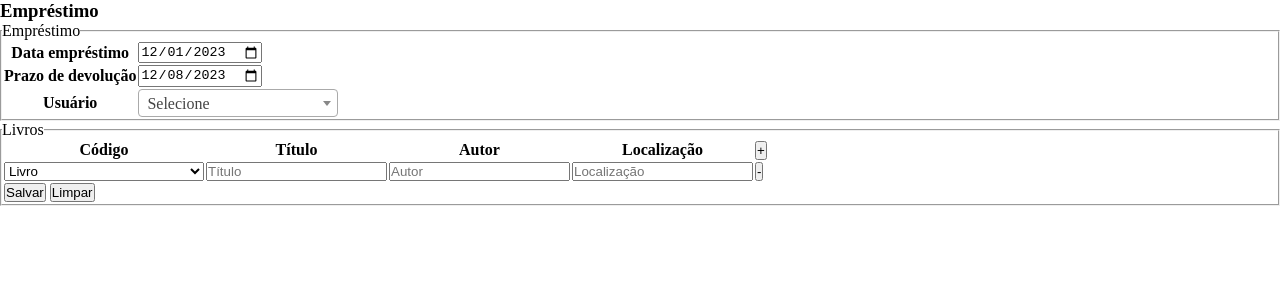
Repository: Matheus-Ghizoni/Rainbow-Library
Page: arcoiris/src/main/webapp/pages/admin/loan.html
The author's editor kept a copy of each file at every save. The page is drawn from the files as they stood at one save, then again after the next save.
The browser window is 1280 px wide. The pictures show the whole page.
The page's requests for data from a server got no answer. Some web libraries are served in a nearby version.

Above is the page before, as saved 2023-12-07 18:18:11.
Console error: ReferenceError: jQuery is not defined

### arcoiris/src/main/webapp/pages/admin/loan.html
<html lang="en">

<head>
	<meta charset="UTF-8">
	<meta name="viewport" content="width=device-width, initial-scale=1.0">
	<link rel="stylesheet" href="../../css/admin.css">
	<link rel="stylesheet" type="text/css" href="../../css/jquery-ui.css">
	<link href="https://cdn.jsdelivr.net/npm/select2@4.1.0-beta.1/dist/css/select2.min.css" rel="stylesheet" />
	<script src="../../js/loan.js"></script>
	<script src="../../js/jquery-ui.js"></script>
	<script src="https://code.jquery.com/jquery-3.6.4.min.js"
		integrity="sha256-oP6HI9z1XaZNBrJURtCoUT5SUnxFr8s3BzRl+cbzUq8=" crossorigin="anonymous"></script>
	<script src="https://cdn.jsdelivr.net/npm/select2@4.1.0-beta.1/dist/js/select2.min.js"></script>
	<title>Loan</title>
</head>

<body>
	<!-- Menu -->
	<!--	<div class="menu">
		<div class="d-flex justify-content-center">
			<img class="menu-img" src="../../imgs/menu.png">
		</div>
	</div>
	<div class="modal-menu">
		<a href="library.html">Biblioteca</a> <br>
		<a href="book.html">Livros</a> <br>
		<a href="category.html">Categorias</a> <br>
		<a href="user.html">Usuários</a> <br>
		<a href="loan.html">Emprestimos</a> <br>
		<a href="comment.html">Comentários</a><br>
		<a href="../../index.html">Sair</a>
	</div>-->

	<!--	Modal Emprestimo  -->
	<!--	<h3>Cadastro de Empréstimos</h3>
	<form class="frmloan">
		<select name="type" class="selectBooks" id="selectBooks" onload="getAllBooks()" style="width: 200px;">
			<option value="">Livro</option>
		</select><br>
		<select name="type" class="selectUsers" id="selectUsers" onload="getAllUsers()" style="width: 200px;">
			<option value="">Usuário</option>
		</select><br>
		<input type="date" placeholder="Data de empréstimo" id="inputStartDateLoan"><br>
		<input type="date" placeholder="Prazo de Devolução" id="inputDeadlineDateLoan"><br>
		<button type="reset">Limpar</button>
		<button onclick="insertLoan()">Salvar</button>
	</form>
	<div id="listLoans"></div>-->

	<!-- Formulário Mestre-Detalhe -->

	<h3>Empréstimo</h3>
	<form name="frmAddLoan" id="addLoan" class="frmAddLoan">
		<fieldset>
			<legend>Empréstimo</legend>
			<table>
				<tr>
					<th>Data empréstimo</th>
					<td>
						<input type="date" placeholder="Data de empréstimo" id="inputStartDateLoan">
					</td>
				</tr>
				<tr>
					<th>Prazo de devolução</th>
					<td>
						<input type="date" placeholder="Prazo de Devolução" id="inputDeadlineDateLoan">
					</td>
				</tr>
				<tr>
					<th>Usuário</th>
					<td>
						<select name="type" class="selectUsers" id="selectUsers" onload="getAllUsers()"
							style="width: 200px;">
							<option value="">Selecione</option>
						</select><br>
					</td>
				</tr>
			</table>
		</fieldset>
		<fieldset>
			<legend>Livros</legend>
			<table>
				<tr>
					<th>Código</th>
					<th>Título</th>
					<th>Autor</th>
					<th>Localização</th>
					<th><button type="button" name="addBook" class="addBook">+</button></th>
				</tr>
				<tr class="details">
					<td>
						<select name="type" class="selectBooks" id="selectBooks" onload="getAllBooks()"
							style="width: 200px;">
							<option value="">Livro</option>
						</select>
					</td>
					<td>
						<input type="text" placeholder="Título" name="inputTitleBook[]" id="selectBooks"
							class="selectBooks" onload="getAllBooks()">
					</td>
					<td>
						<input type="text" placeholder="Autor" name="inputAuthorBook[]" id="inputAuthorBook">
					</td>
					<td>
						<input type="text" placeholder="Localização" name="inputLocationBook[]" id="inputLocationBook">
					</td>
					<td>
						<button type="button" name="deleteBook">-</button>
					</td>
				</tr>
				<tr>
					<td colspan="6">
						<button type="button">Salvar</button>
						<button type="reset">Limpar</button>
					</td>
				</tr>
			</table>
		</fieldset>
	</form>






</body>
<script>
	$(document).ready(function () {
		$('.selectUsers').select2();
		$('.selectBooks').select2();
	});
</script>

</html>

### arcoiris/src/main/webapp/css/admin.css
/* Reset */
* {
	padding: 0;
	margin: 0;
	box-sizing: border-box;
}

/* Menu */
.menu {
	position: absolute;
	top: 30px;
	right: 130px;
}

.menu-img {
	width: 70px;
	height: 70px;
}

/* Menu Modal*/
.modal-menu {
	background: #EDD9FF;
	display: block;
	position: fixed;
	align-items: center;
	text-align: center;
	right: 58px;
}

.modal-menu a {
	color: #C49AE9;
	font-weight: bold;
	margin: 60px;
}

.edit {
	width: 16px;
	height: 16px;
}

### arcoiris/src/main/webapp/js/loan.js
document.addEventListener("DOMContentLoaded", function() {
	getStartDate();
	getDeadlineDate();
	getAllUsers();
	getAllBooks();
});

/*------------------------ Denifinindo Datas ------------------------*/
function getStartDate() {
	let today = new Date();
	let date = today.getFullYear() + '-' +
		(today.getMonth() + 1).toString().padStart(2, '0') + '-' +
		today.getDate().toString().padStart(2, '0');
	document.getElementById('inputStartDateLoan').value = date;
}

function getDeadlineDate() {
	let today = new Date();
	let date = today.getFullYear() + '-' +
		(today.getMonth() + 1).toString().padStart(2, '0') + '-' +
		(today.getDate() + 7).toString().padStart(2, '0');
	document.getElementById('inputDeadlineDateLoan').value = date;
}

/*------------------------ Select Usuários ------------------------*/
function getAllUsers() {
	$.ajax({
		type: "GET",
		url: "/arcoiris/rest/user/getAllUsers",
		success: function(data) {
			dados = JSON.parse(data);
			displayUsers(dados);
		},
		error: function(info) {
			alert("Erro ao buscar usuários: " + info.status + " - " + info.statusText);
		}
	})
}

function displayUsers(listUsers) {
	select = "#selectUsers";
	if (listUsers != "") {
		$(select).html("");
		var option = document.createElement("option");
		option.setAttribute("value", "");
		option.innerHTML = ("Selecione o usuário");
		$(select).append(option);

		for (var i = 0; i < listUsers.length; i++) {
			if (listUsers[i].status == 1) {
				var option = document.createElement("option");
				option.setAttribute("value", listUsers[i].CPF);
				option.innerHTML = (listUsers[i].name);
				$(select).append(option);
			}
		}

	} else {
		$(select).html("");

		var option = document.createElement("option");
		option.setAttribute("value", "");
		option.innerHTML = ("Cadastre um usuário primeiro!");
		$(select).append(option);
		$(select).addClass("aviso");
	}
}

/*------------------------ Select Livros ------------------------*/
function getAllBooks() {
	const title = "";
	$.ajax({
		type: "GET",
		url: "/arcoiris/rest/book/getAllBooks",
		data: "title=" + title,
		success: function(dados) {
			dados = JSON.parse(dados);
			displayBooks(dados);
		},
		error: function(info) {
			alert("Erro ao buscar livros: " + info.status + " - " + info.statusText);
		}
	})
}

function displayBooks(listBooks) {
	select = "#selectBooks";
	if (listBooks != "") {
		$(select).html("");
		var option = document.createElement("option");
		option.setAttribute("value", "");
		option.innerHTML = ("Selecione o livro");
		$(select).append(option);

		for (var i = 0; i < listBooks.length; i++) {
			if (listBooks[i].status == 1) {
				var option = document.createElement("option");
				option.setAttribute("value", listBooks[i].code);
				option.innerHTML = (listBooks[i].title);
				$(select).append(option);
			}
		}

	} else {
		$(select).html("");

		var option = document.createElement("option");
		option.setAttribute("value", "");
		option.innerHTML = ("Cadastre um livro primeiro!");
		$(select).append(option);
		$(select).addClass("aviso");
	}
}

Loaded but not shown: arcoiris/src/main/webapp/css/jquery-ui.css (library); arcoiris/src/main/webapp/js/jquery-ui.js (library)

After the next save:
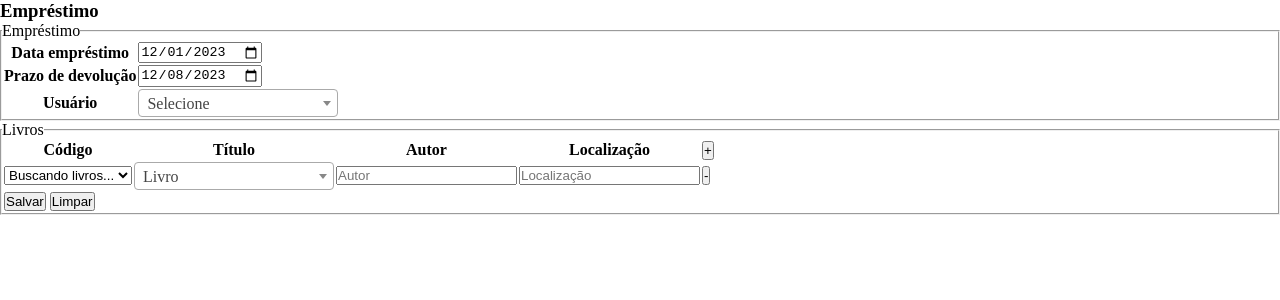
Saved 80 s later.
--- a/arcoiris/src/main/webapp/pages/admin/loan.html
+++ b/arcoiris/src/main/webapp/pages/admin/loan.html
@@ -89,14 +89,15 @@
 				</tr>
 				<tr class="details">
 					<td>
+						<select name="selectCodeBook[]">
+							<option value="" class="optionCodeBook">Buscando livros...</option>
+						</select>
+					</td>
+					<td>
 						<select name="type" class="selectBooks" id="selectBooks" onload="getAllBooks()"
 							style="width: 200px;">
 							<option value="">Livro</option>
 						</select>
-					</td>
-					<td>
-						<input type="text" placeholder="Título" name="inputTitleBook[]" id="selectBooks"
-							class="selectBooks" onload="getAllBooks()">
 					</td>
 					<td>
 						<input type="text" placeholder="Autor" name="inputAuthorBook[]" id="inputAuthorBook">
